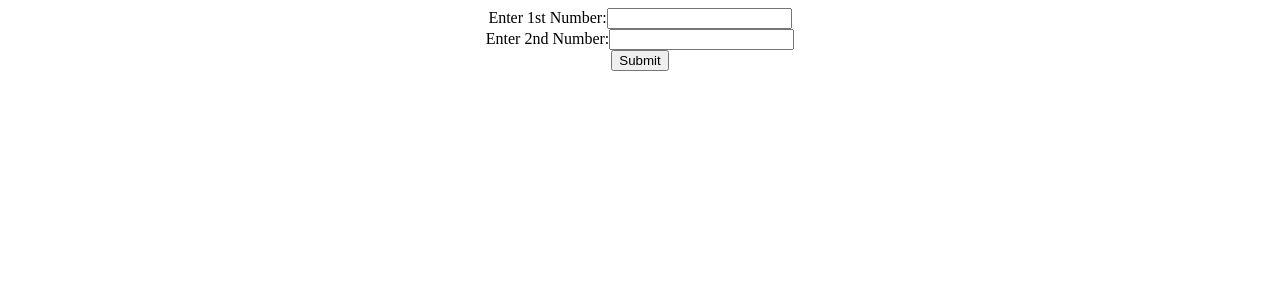
Repository: prathamesh-coditas/Servlet
Page: DemoApp/src/main/webapp/index.html
The author's editor kept a copy of each file at every save. The page is drawn from the files as they stood at one save, then again after the next save.
The browser window is 1280 px wide. The pictures show the whole page.

Above is the page before, as saved 2022-03-03 07:37:24.

After the next save:
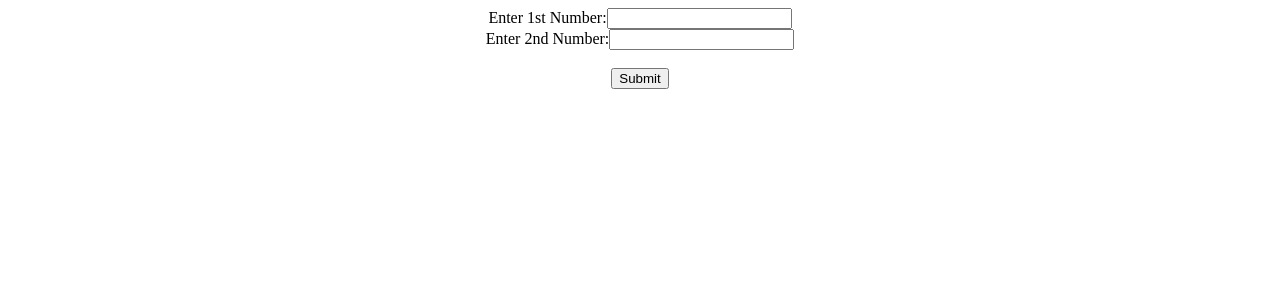
Saved 119 s later.
--- a/DemoApp/src/main/webapp/index.html
+++ b/DemoApp/src/main/webapp/index.html
@@ -4,7 +4,7 @@
 <form action="add">
 <center>
 Enter 1st Number:<input type="text" name="num1"><br>
-Enter 2nd Number:<input type="text" name="num2"><br>
+Enter 2nd Number:<input type="text" name="num2"><br><br>
 <input type="submit">
 </center>
 
